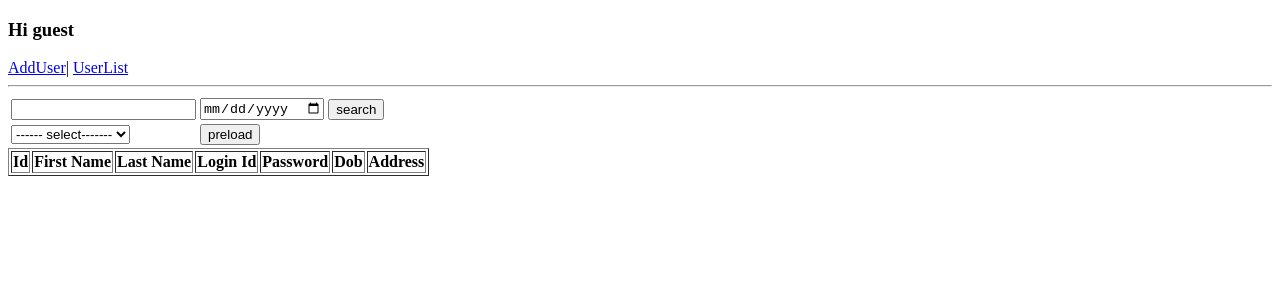
Repository: rish1208/Advance_java
Page: http://localhost/Use-case/UserListCtl
The author's editor kept a copy of each file at every save. The page is drawn from the files as they stood at one save, then again after the next save.
The browser window is 1280 px wide. The pictures show the whole page.
The page is served by Tomcat 9. Queries for data that is not in the repository find no rows.

Above is the page before, as saved 2024-04-07 17:24:09.

After the next save:
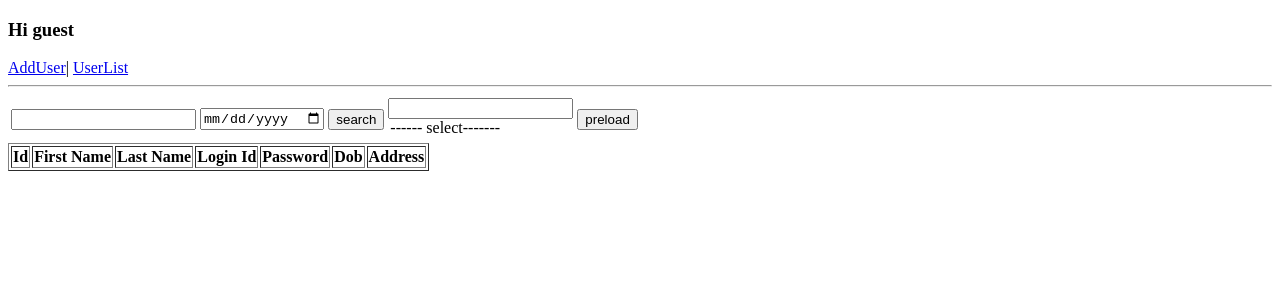
Saved 9 min 6 s later.
--- a/Advance java Workspace/Use-case/WebContent/UserListView.jsp
+++ b/Advance java Workspace/Use-case/WebContent/UserListView.jsp
@@ -25,6 +25,7 @@
 				<td><input type="text" name="firstName"></td>
 				<td><input type="Date" name="dob"></td>
 				<td><input type="submit" name="operation" value="search"></td>
+				<td><input type="
 
 			</tr>
 

After the save that followed:
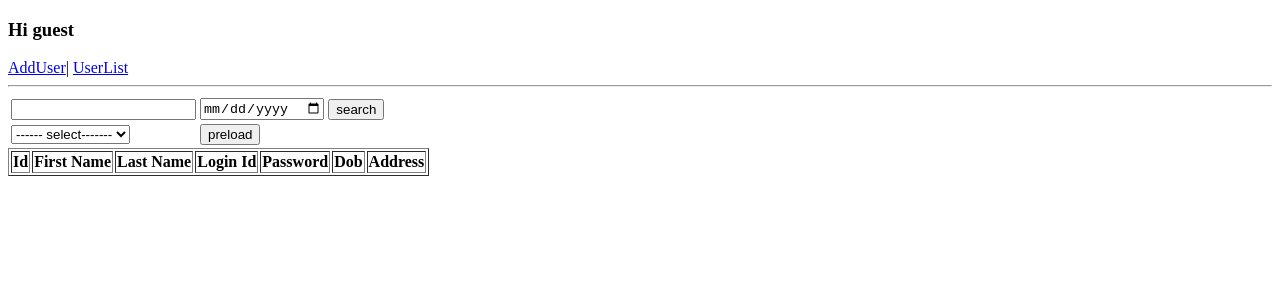
Saved 100 s later.
--- a/Advance java Workspace/Use-case/WebContent/UserListView.jsp
+++ b/Advance java Workspace/Use-case/WebContent/UserListView.jsp
@@ -25,7 +25,7 @@
 				<td><input type="text" name="firstName"></td>
 				<td><input type="Date" name="dob"></td>
 				<td><input type="submit" name="operation" value="search"></td>
-				<td><input type="
+
 
 			</tr>
 
